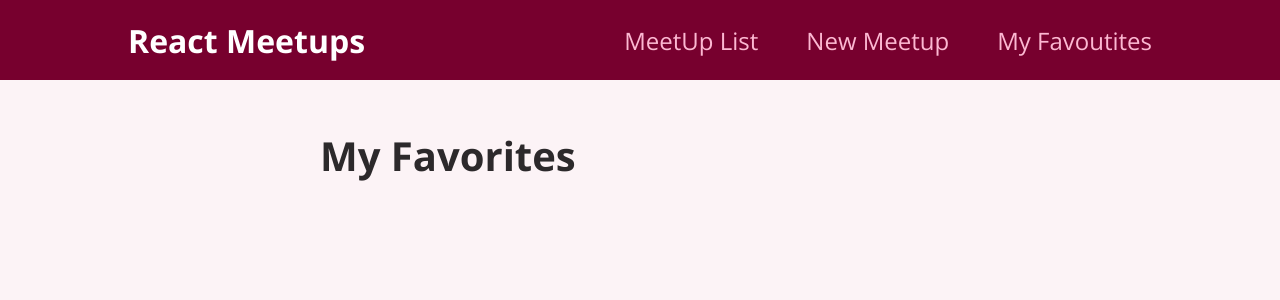
Repository: portretrieve/react-meetup-app
Page: /fav
The author's editor kept a copy of each file at every save. The page is drawn from the files as they stood at one save, then again after the next save.
The browser window is 1280 px wide. The pictures show the whole page.
The project was rebuilt for these pictures with package versions that can differ from the ones it lists, and the page was loaded fresh each time. A package was used in the major version that the imports need, not the one package.json lists. Also part of the build but not shown: src/components/meetups/MeetupList.module.css, src/components/meetups/Meetupitem.module.css, src/components/userInterface/Card.module.css, src/components/userInterface/Card.js, src/components/meetups/MeetupItem.js, src/components/meetups/MeetupList.js, src/pages/AllMeetups.js, src/components/meetups/NewMeetupForm.module.css and 2 more.

Above is the page before, as saved 2021-08-20 22:04:13.

### src/index.js
import React from "react";
import ReactDOM from "react-dom";
import { BrowserRouter } from "react-router-dom";

import "./index.css";
import App from "./App";

import { FavouritesContextProvider } from "./store/favorites-context";

ReactDOM.render(
  <FavouritesContextProvider>
    <BrowserRouter>
      <App />
    </BrowserRouter>
  </FavouritesContextProvider>,
  document.getElementById("root")
);

### src/App.js
import { Route, Switch } from "react-router-dom";

import AllMeetupsPage from "./pages/AllMeetups";
import FavouritesPage from "./pages/Favourites";
import NewMeetupPage from "./pages/NewMeetup";
import Layout from "./components/layout/Layout";

function App() {
  return (
    <Layout>
      <Switch>
        <Route path="/" exact>
          <AllMeetupsPage />
        </Route>
        <Route path="/meet">
          <NewMeetupPage />
        </Route>
        <Route path="/fav">
          <FavouritesPage />
        </Route>
      </Switch>
    </Layout>
  );
}

export default App;

### src/store/favorites-context.js
import { createContext, useState } from "react";

const FavouritesContext = createContext({
  favourites: [],
  totalFavourites: 0,
  addUserFav: (favMeetUp) => {},
  removeUserFav: (meetUpId) => {},
  checkIfIsFavorite: (meetUpId) => {}
});

export const FavouritesContextProvider = (props) => {
  const [userFavorites, setUserFavorites] = useState([]);

  const addFavHandler = (favMeetUp) => {
    setUserFavorites((prevUserFavorites) => {
      return prevUserFavorites.concat(favMeetUp);
    });
  };

  const removeFavHandler = (meetUpId) => {
    setUserFavorites((prevUserFavorites) => {
      return prevUserFavorites.filter((meetup) => meetup.id !== meetUpId);
    });
  };

  const itemIsFavHandler = (meetUpId) => {
    return userFavorites.some((meetup) => meetup.id === meetUpId);
  };

  const context = {
    favourites: userFavorites,
    totalFavourites: userFavorites.length,
    addFavorite: addFavHandler,
    removeFavorite: removeFavHandler,
    itemIsFavorite: itemIsFavHandler
  };

  return (
    <FavouritesContext.Provider value={context}>
      {props.children}
    </FavouritesContext.Provider>
  );
};

export default FavouritesContext;

### src/pages/Favourites.js
import { useContext } from "react";
import FavouritesContext from "../store/favorites-context";
import MeetupList from "../components/meetups/MeetupList";

function FavouritesPage() {
  const favoriteCtx = useContext(FavouritesContext);

  let content;
  if (favoriteCtx.totalFavourites === 0) {
    content = <p>You Got No Favorites yet.</p>;
  } else {
    content = <MeetupList meetupList={favoriteCtx.favourites} />;
  }
  return (
    <section>
      <h1>My Favorites</h1>
    </section>
  );
}

export default FavouritesPage;

### src/components/layout/Layout.js
import classes from "./Layout.module.css";
import MainNavigation from "./MainNavigation";
function Layout(props) {
  return (
    <div>
      <MainNavigation></MainNavigation>
      <main className={classes.main}>{props.children}</main>
    </div>
  );
}

export default Layout;

### src/components/layout/MainNavigation.js
import { Link } from "react-router-dom";
import classes from "./MainNavigation.module.css";

function MainNavigation() {
  return (
    <header className={classes.header}>
      <div className={classes.logo}>React Meetups</div>
      <nav>
        <ul>
          <li>
            <Link to="/">MeetUp List</Link>
          </li>
          <li>
            <Link to="/meet">New Meetup</Link>
          </li>
          <li>
            <Link to="/fav">My Favoutites</Link>
          </li>
        </ul>
      </nav>
    </header>
  );
}

export default MainNavigation;

Loaded but not shown: public/index.html (common file); src/index.css (common file); src/components/layout/Layout.module.css (common file); src/components/layout/MainNavigation.module.css (common file)

After the next save:
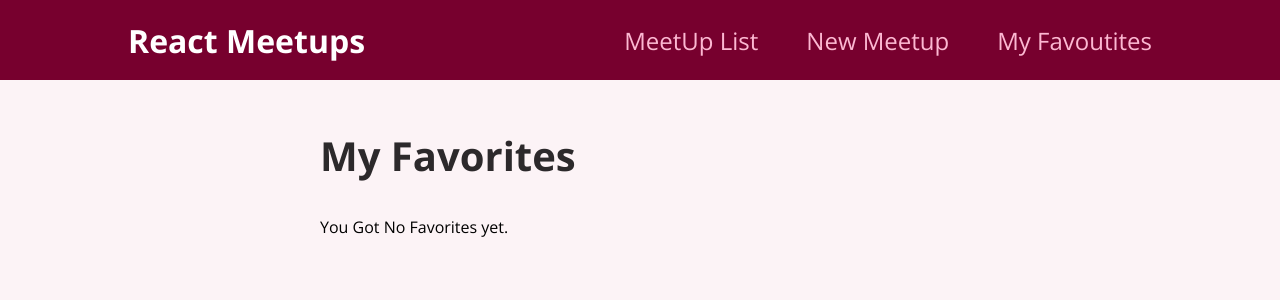
Saved 46 s later.
--- a/src/pages/Favourites.js
+++ b/src/pages/Favourites.js
@@ -14,6 +14,7 @@ function FavouritesPage() {
   return (
     <section>
       <h1>My Favorites</h1>
+      <div>{content}</div>
     </section>
   );
 }
